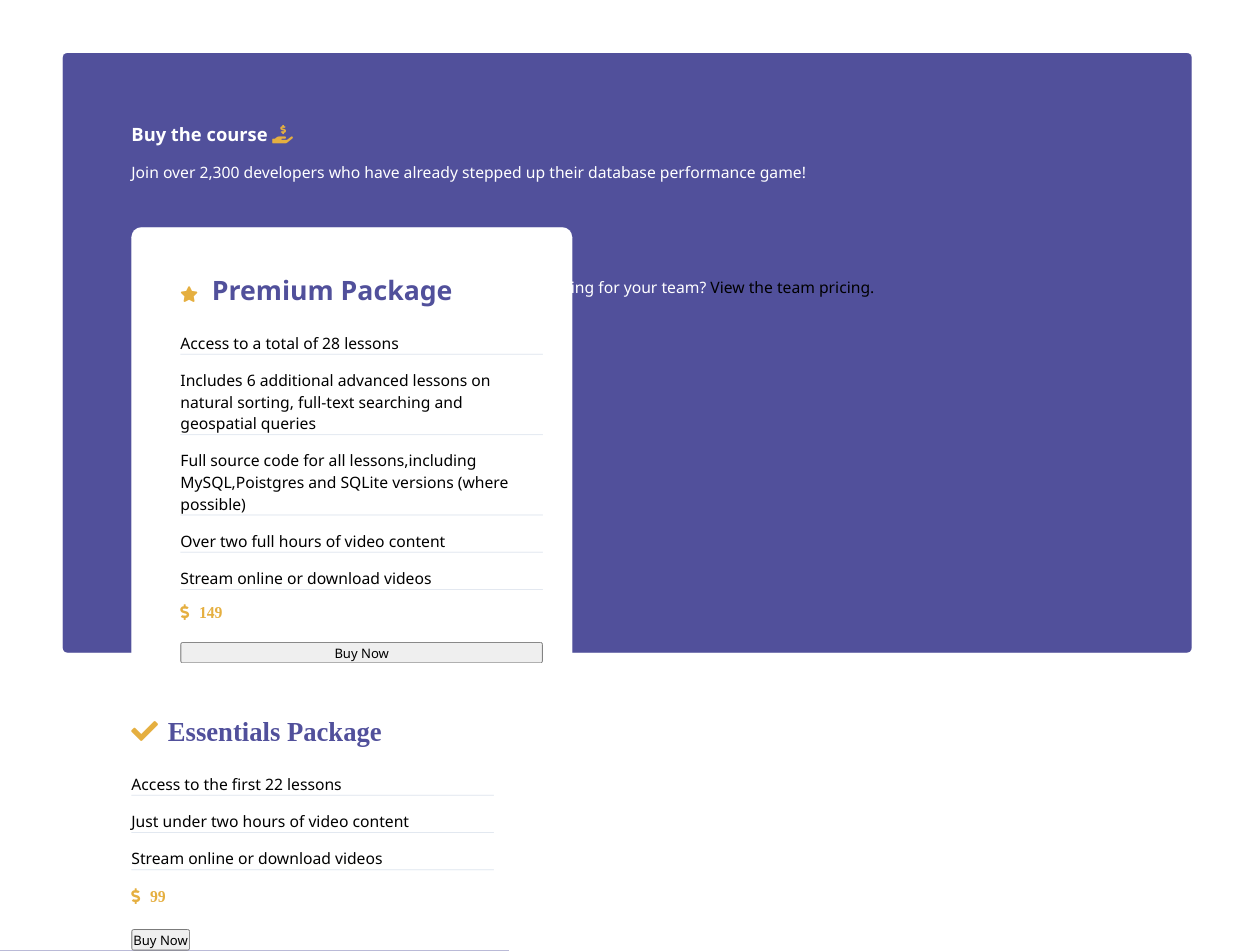
Repository: Z-ayat/Challenges
Page: Challenge 4/index.html
An editor plug-in stored every save of this project. The page is shown before and after the next save, followed by the edit.
The browser window is 1280 px wide. The pictures show the whole page, at 98% of full size.

Above is the page before, as saved 2021-09-07 01:35:51.

After the next save:
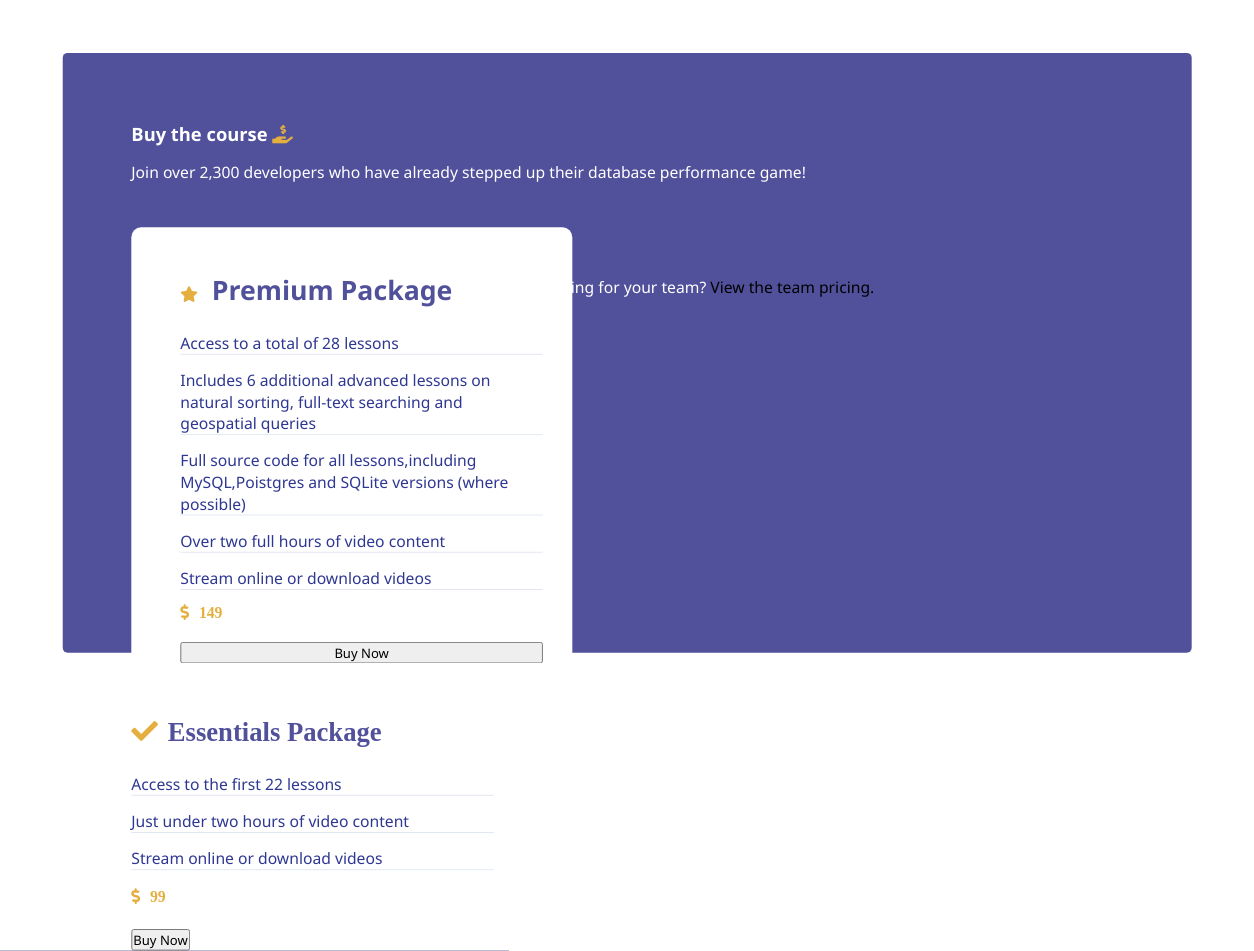
Saved 24 s later.
--- a/Challenge 4/styling/css/master.css
+++ b/Challenge 4/styling/css/master.css
@@ -84,7 +84,7 @@ body {
     overflow-wrap: break-word;
     width: 370px;
     border-bottom: solid 1px #E2E8F0;
-    color: black;
+    color: #2E3792;
 }
 
 .headtitle {
